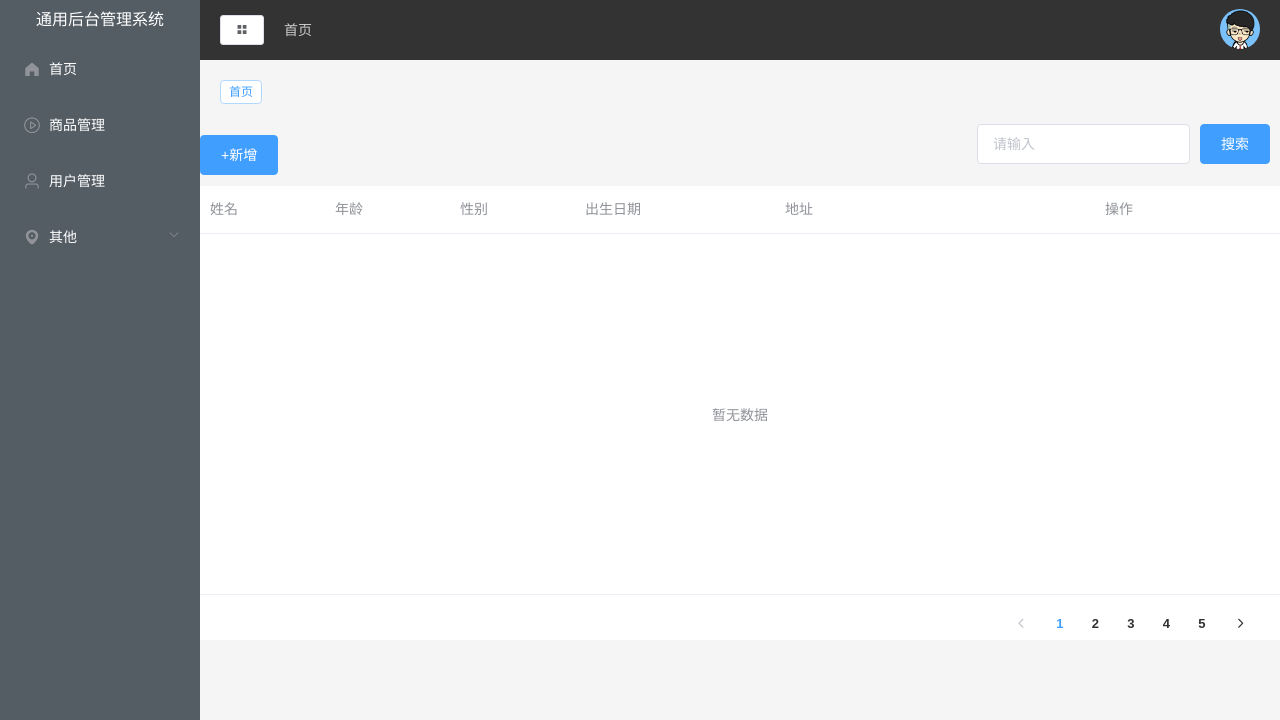
Repository: erwtt/git-demo
Page: /user (app in 后台管理系统/)
An editor plug-in stored every save of this project. The page is shown before and after the next save, followed by the edit.
The browser window is 1280 px wide. The pictures show the whole page.
The page's requests for data from a server got no answer. An inner scrolling area shows only its first screen. The project was rebuilt for these pictures with package versions that can differ from the ones it lists, and the page was loaded fresh each time. No one was signed in, and anything a server would have sent is missing. Also part of the build but not shown: 后台管理系统/vue.config.js.

Above is the page before, as saved 2022-05-17 18:28:24.

After the next save:
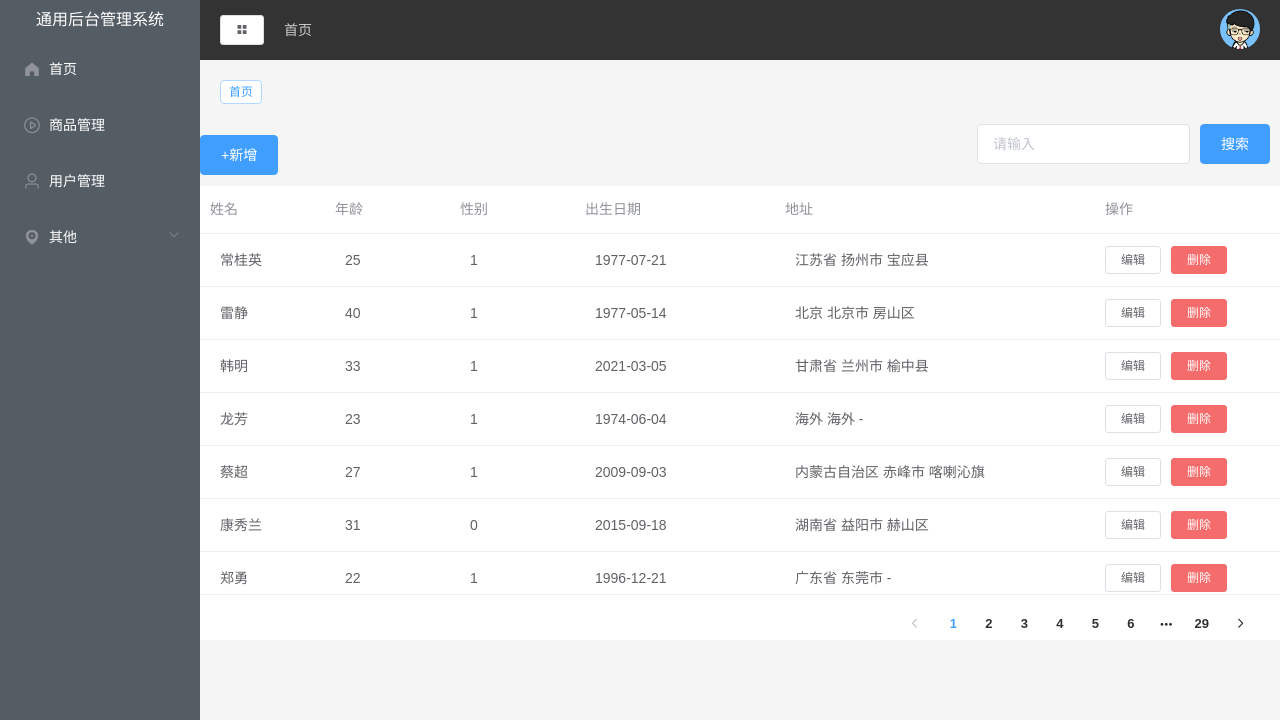
Saved 7 min 45 s later.
--- a/后台管理系统/src/views/user/index.vue
+++ b/后台管理系统/src/views/user/index.vue
@@ -170,7 +170,7 @@ export default {
              //console.log(this.operateForm.name)
              this.config.loading = true
                 name ? (this.config.page = 1) : ''
-             this.$http.get({
+            getUser({
                 page:this.config.page,
                 name
             }).then(res=>{
